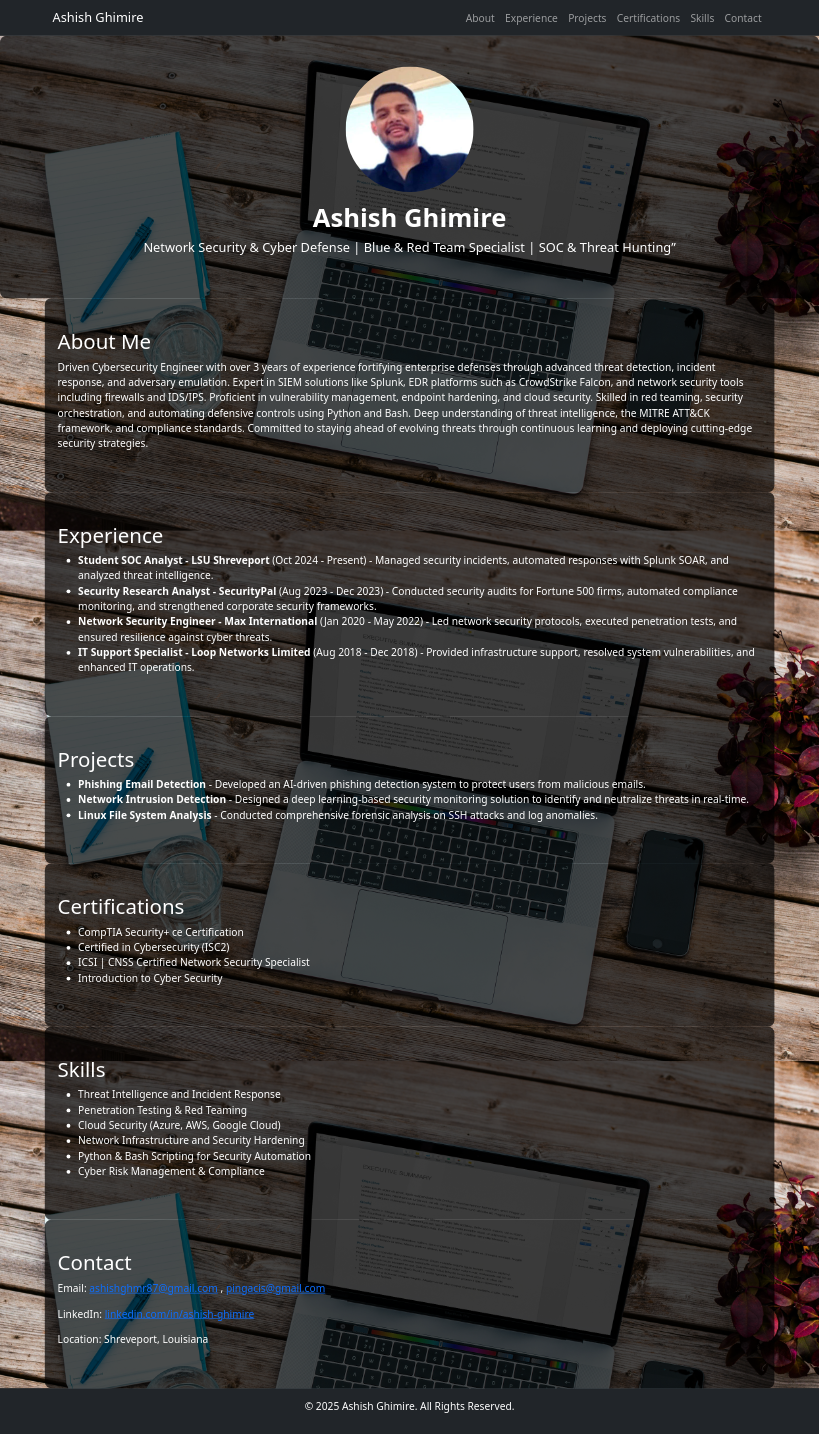
Repository: NetworkNinja11/ashishghimire.github.io
Page: index.html
An editor plug-in stored every save of this project. The page is shown before and after the next save, followed by the edit.
The browser window is 1280 px wide. The pictures show the whole page, at 64% of full size.
Backgrounds fixed to the window are drawn as part of the page.

Above is the page before, as saved 2025-03-11 00:58:32.
Not found: styles.css

### index.html
<!DOCTYPE html>
<html lang="en">
<head>
    <meta charset="UTF-8">
    <meta name="viewport" content="width=device-width, initial-scale=1.0">
    <title>Ashish Ghimire - Cybersecurity Portfolio</title>
    <link rel="stylesheet" href="styles.css">
    <script defer src="script.js"></script>
    <link href="https://cdn.jsdelivr.net/npm/bootstrap@5.3.0/dist/css/bootstrap.min.css" rel="stylesheet">
    <style>
        body {
            background: url('background1.png') no-repeat center center fixed;
            background-size: cover;
            color: white;
        }
        .content-section {
            background: rgba(0, 0, 0, 0.7);
            padding: 20px;
            border-radius: 10px;
        }
    </style>
</head>
<body>
    <nav class="navbar navbar-dark bg-dark navbar-expand-lg">
        <div class="container">
            <a class="navbar-brand" href="#">Ashish Ghimire</a>
            <button class="navbar-toggler" type="button" data-bs-toggle="collapse" data-bs-target="#navbarNav">
                <span class="navbar-toggler-icon"></span>
            </button>
            <div class="collapse navbar-collapse" id="navbarNav">
                <ul class="navbar-nav ms-auto">
                    <li class="nav-item"><a class="nav-link" href="#about">About</a></li>
                    <li class="nav-item"><a class="nav-link" href="#experience">Experience</a></li>
                    <li class="nav-item"><a class="nav-link" href="#projects">Projects</a></li>
                    <li class="nav-item"><a class="nav-link" href="#certifications">Certifications</a></li>
                    <li class="nav-item"><a class="nav-link" href="#skills">Skills</a></li>
                    <li class="nav-item"><a class="nav-link" href="#contact">Contact</a></li>
                </ul>
            </div>
        </div>
    </nav>

    <header class="text-center text-white py-5 content-section">
        <img src="image.png" alt="Ashish Ghimire" class="img-fluid rounded-circle" width="200">
        <h1 class="fw-bold mt-3">Ashish Ghimire</h1>
        <p class="lead">Network Security & Cyber Defense | Blue & Red Team Specialist | SOC & Threat Hunting”</p>
    </header>

    <section id="about" class="container py-5 content-section">
        <h2>About Me</h2>
        <p>
            Driven Cybersecurity Engineer with over 3 years of experience fortifying enterprise defenses through advanced threat detection, incident response, and adversary emulation. Expert in SIEM solutions like Splunk, EDR platforms such as CrowdStrike Falcon, and network security tools including firewalls and IDS/IPS. Proficient in vulnerability management, endpoint hardening, and cloud security. Skilled in red teaming, security orchestration, and automating defensive controls using Python and Bash. Deep understanding of threat intelligence, the MITRE ATT&CK framework, and compliance standards. Committed to staying ahead of evolving threats through continuous learning and deploying cutting-edge security strategies.</p>
    </section>

    <section id="experience" class="container py-5 content-section">
        <h2>Experience</h2>
        <ul>
            <li><strong>Student SOC Analyst - LSU Shreveport</strong> (Oct 2024 - Present) - Managed security incidents, automated responses with Splunk SOAR, and analyzed threat intelligence.</li>
            <li><strong>Security Research Analyst - SecurityPal</strong> (Aug 2023 - Dec 2023) - Conducted security audits for Fortune 500 firms, automated compliance monitoring, and strengthened corporate security frameworks.</li>
            <li><strong>Network Security Engineer - Max International</strong> (Jan 2020 - May 2022) - Led network security protocols, executed penetration tests, and ensured resilience against cyber threats.</li>
            <li><strong>IT Support Specialist - Loop Networks Limited</strong> (Aug 2018 - Dec 2018) - Provided infrastructure support, resolved system vulnerabilities, and enhanced IT operations.</li>
        </ul>
    </section>

    <section id="projects" class="container py-5 content-section">
        <h2>Projects</h2>
        <ul>
            <li><strong>Phishing Email Detection</strong> - Developed an AI-driven phishing detection system to protect users from malicious emails.</li>
            <li><strong>Network Intrusion Detection</strong> - Designed a deep learning-based security monitoring solution to identify and neutralize threats in real-time.</li>
            <li><strong>Linux File System Analysis</strong> - Conducted comprehensive forensic analysis on SSH attacks and log anomalies.</li>
        </ul>
    </section>

    <section id="certifications" class="container py-5 content-section">
        <h2>Certifications</h2>
        <ul>
            <li>CompTIA Security+ ce Certification</li>
            <li>Certified in Cybersecurity (ISC2)</li>
            <li>ICSI | CNSS Certified Network Security Specialist</li>
            <li>Introduction to Cyber Security</li>
        </ul>
    </section>

    <section id="skills" class="container py-5 content-section">
        <h2>Skills</h2>
        <ul>
            <li>Threat Intelligence and Incident Response</li>
            <li>Penetration Testing & Red Teaming</li>
            <li>Cloud Security (Azure, AWS, Google Cloud)</li>
            <li>Network Infrastructure and Security Hardening</li>
            <li>Python & Bash Scripting for Security Automation</li>
            <li>Cyber Risk Management & Compliance</li>
        </ul>
    </section>

    <section id="contact" class="container py-5 content-section">
        <h2>Contact</h2>
        <p>Email: <a href="mailto:ashishghmr87@gmail.com">ashishghmr87@gmail.com</a> , <a href="mailto:pingacis@gmail.com">pingacis@gmail.com</a></p>
        <p>LinkedIn: <a href="https://www.linkedin.com/in/ashish-ghimire-96755b179/" target="_blank">linkedin.com/in/ashish-ghimire</a></p>
        <p>Location: Shreveport, Louisiana</p>
    </section>

    <footer class="text-center bg-dark text-white py-3">
        <p>&copy; 2025 Ashish Ghimire. All Rights Reserved.</p>
    </footer>

    <script src="https://cdn.jsdelivr.net/npm/bootstrap@5.3.0/dist/js/bootstrap.bundle.min.js"></script>
</body>
</html>

### script.js
document.addEventListener("DOMContentLoaded", function () {
    document.querySelectorAll('a[href^="#"]').forEach(anchor => {
        anchor.addEventListener("click", function (e) {
            e.preventDefault();
            document.querySelector(this.getAttribute("href")).scrollIntoView({
                behavior: "smooth"
            });
        });
    });
});

After the next save:
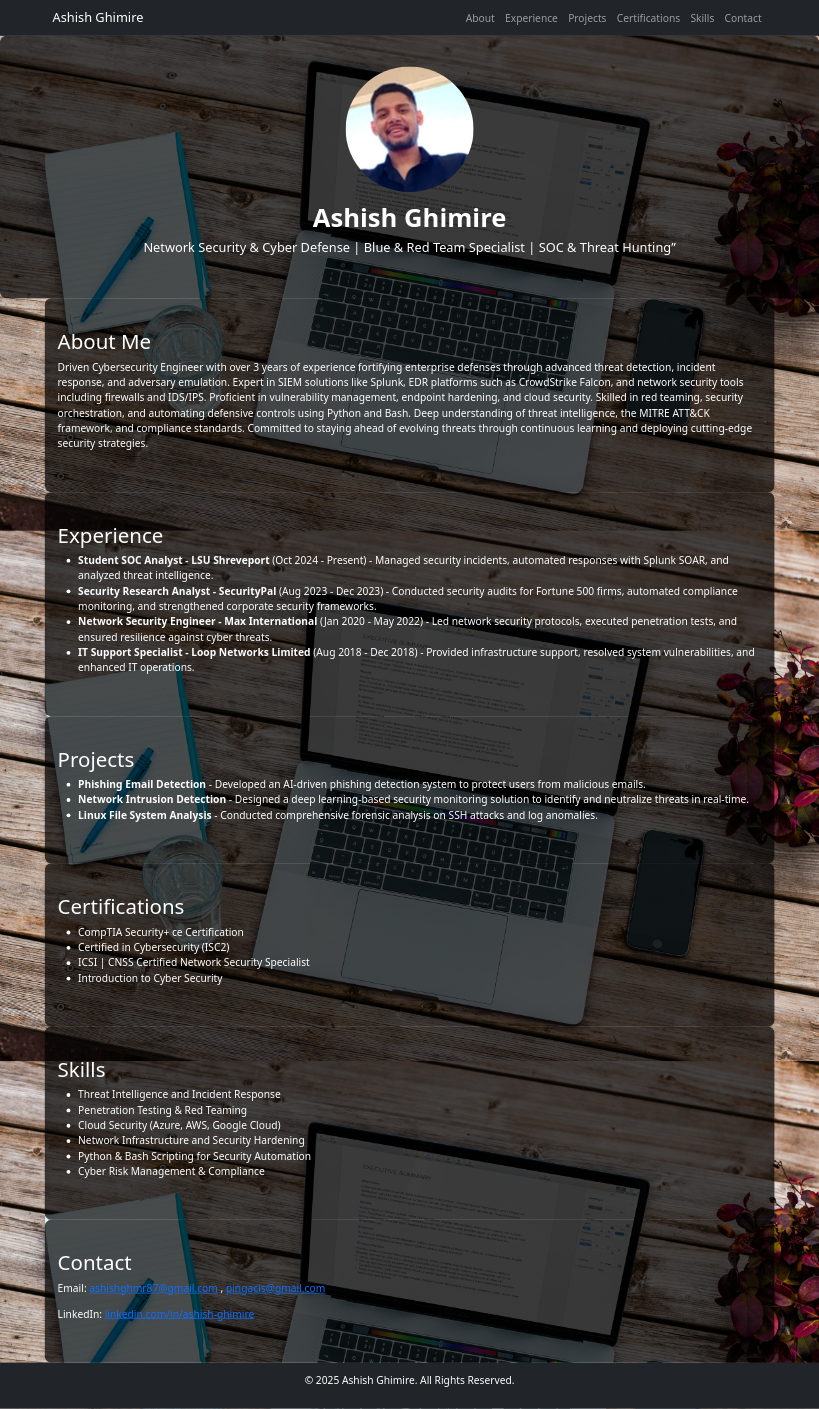
Saved 3 min 35 s later.
--- a/index.html
+++ b/index.html
@@ -97,7 +97,6 @@
         <h2>Contact</h2>
         <p>Email: <a href="mailto:ashishghmr87@gmail.com">ashishghmr87@gmail.com</a> , <a href="mailto:pingacis@gmail.com">pingacis@gmail.com</a></p>
         <p>LinkedIn: <a href="https://www.linkedin.com/in/ashish-ghimire-96755b179/" target="_blank">linkedin.com/in/ashish-ghimire</a></p>
-        <p>Location: Shreveport, Louisiana</p>
     </section>
 
     <footer class="text-center bg-dark text-white py-3">
